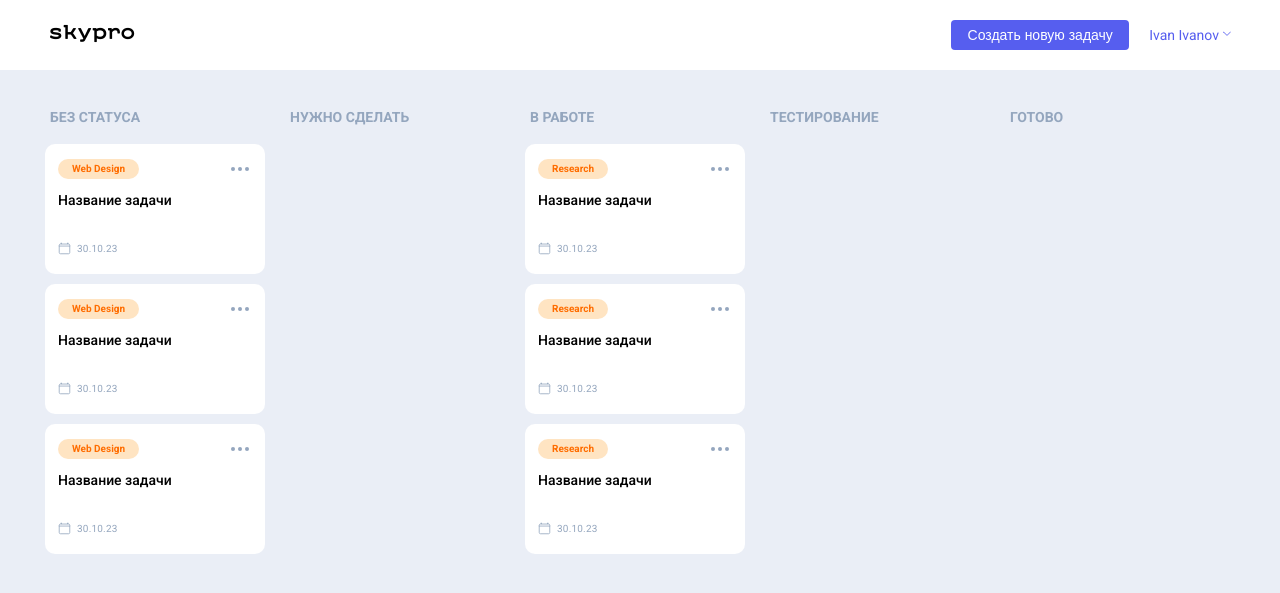
Repository: Olchik-resh/skypro-kanban
Page: /
These files come from the project's save history. The page is drawn as it stood at one moment and after a run of saves; the edit follows.
The browser window is 1280 px wide. The pictures show the whole page.
The project was rebuilt for these pictures with package versions that can differ from the ones it lists, and the page was loaded fresh each time. Also part of the build but not shown: vite.config.js.

Above is the page before, as saved 2025-07-28 16:39:24.

After the next 2 saves:
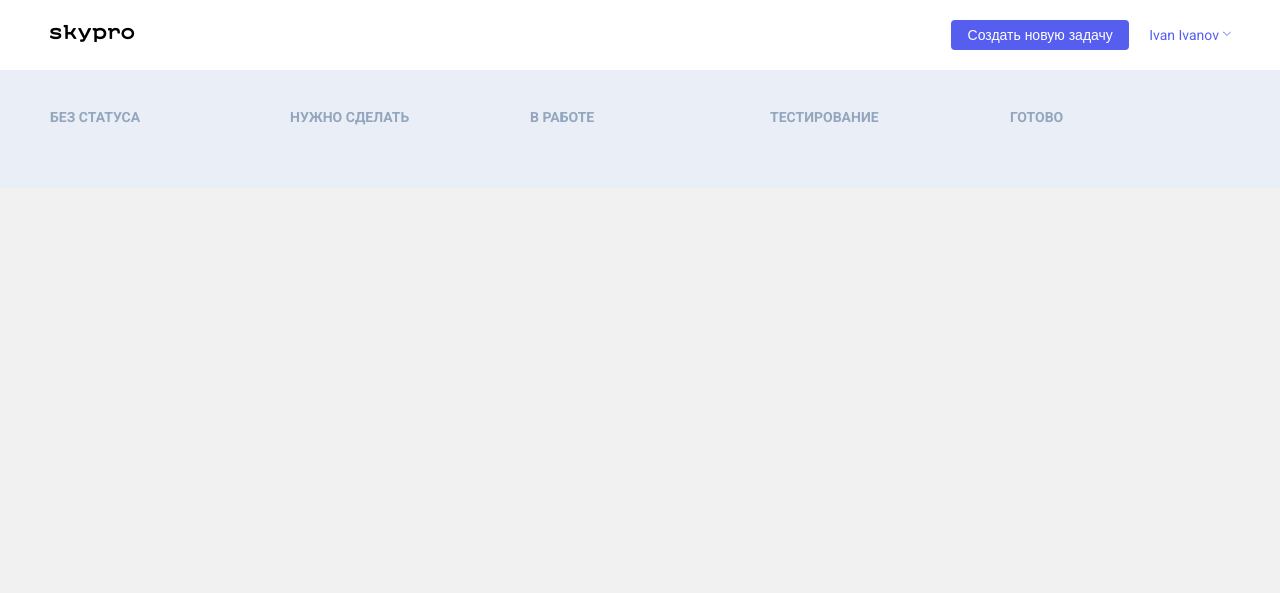
The 2 saves are shown as one change because they came seconds apart.
The last was saved 7 s later.
--- a/src/components/mokcs/tasks.js
+++ b/src/components/mokcs/tasks.js
@@ -1,6 +1,6 @@
 const tasks = [
-  { id: 1, topic: 'Web Design', title: 'Название задачи', date: '30.10.23', status: 'Без статуса' },
-  { id: 2, topic: 'Research', title: 'Название задачи', date: '30.10.23', status: 'В работе' },
+  { id: 1, topic: 'Web Design', title: 'Название задачи', date: '30.10.23', status: '' },
+  { id: 2, topic: 'Research', title: 'Название задачи', date: '30.10.23', status: '' },
   { id: 3, topic: 'Copywriting', title: 'Название задачи', date: '30.10.23', status: '' },
 ]
 
